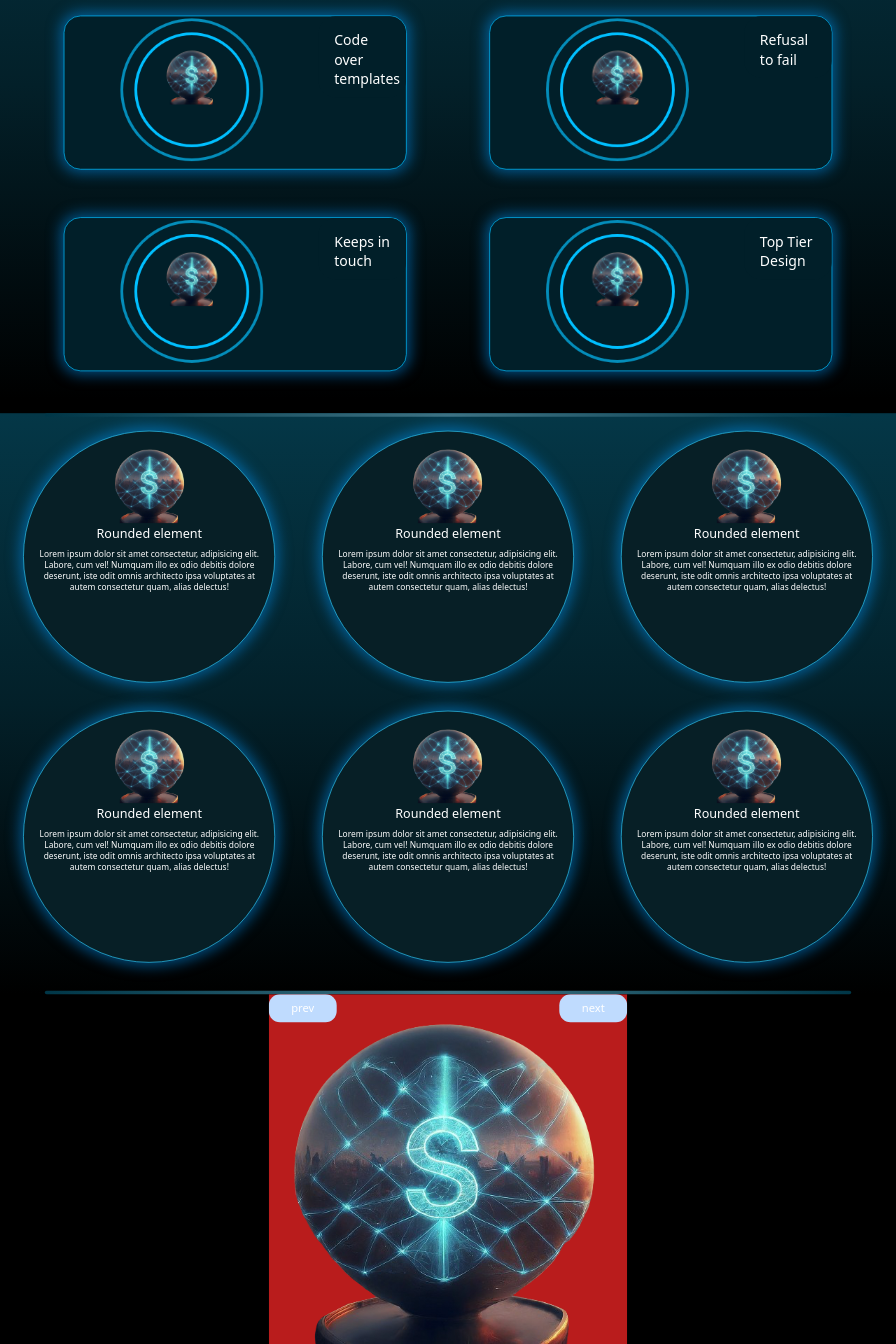
Repository: TMuse333/q3-desings2
Page: /
An editor plug-in stored every save of this project. The page is shown before and after a run of saves, followed by the edit.
The browser window is 1280 px wide. The pictures show the part of the page from y = 1046 to 2966 px (the page is 2966 px tall), at 70% of full size.
The project was rebuilt for these pictures with package versions that can differ from the ones it lists, and the page was loaded fresh each time. Also part of the build but not shown: vite.config.ts.

Above is the page before, as saved 2024-05-11 13:43:19.

### src/main.tsx
import React from 'react'
import ReactDOM from 'react-dom/client'
import App from './App.js'
import './index.css'
import {ContextProvider} from './context/context'

ReactDOM.createRoot(document.getElementById('root')!).render(
  <ContextProvider>
  <React.StrictMode>
    <App />
  </React.StrictMode>
  </ContextProvider>,
)

### src/App.tsx


import './App.css'

import Homepage from './components/homepage/homepage'

function App() {


  return (
    <>
<Homepage/>
    </>
  )
}

export default App

### src/index.css
@tailwind base;
@tailwind components;
@tailwind utilities;

#root{
    background-color: black;
    height:100vh;
}

body{
    background-color: black;
}

button{
    padding:0.5rem 2rem;
    background-color: black;
    color:white;
    border-radius: 1rem;
}

h1{
    color:white;
    font-size: 2rem;
}

p{
    color:white;
    /* font-size: 1.5rem; */
}

button{
    background-color: #00769e;
}

.glow {
    box-shadow: 0 0 20px 5px #3e7384;
    box-shadow: 0 0 20px 5px #003647;
box-shadow: 0 0 20px 5px rgba(2, 148, 245, 0.5);
}

.glow:hover{
    box-shadow: 0 0 40px 5px rgba(2, 148, 245, 0.5);
}

### src/context/context.tsx
import React, { createContext, useState, useContext, ReactNode, useEffect } from 'react';

// Define the type for the context value
interface GeneralContextType {
  textYPosition: number;
  setTextYPosition: React.Dispatch<React.SetStateAction<number>>;
  isMobile: boolean;
  setIsMobile: React.Dispatch<React.SetStateAction<boolean>>;
  setSecondCircleComplete:React.Dispatch<React.SetStateAction<boolean[]>>;
  secondCircleComplete: boolean[];
  isMobile2: boolean;
  setIsMobile2: React.Dispatch<React.SetStateAction<boolean>>;
  handleCircleComplete: (index: number, value: boolean) => void;
}

// Create the context
export const GeneralContext = createContext<GeneralContextType | undefined>(undefined);

// Create a provider component
export const ContextProvider: React.FC<{ children: ReactNode }> = ({ children }) => {
  // Initialize the value state
  const [textYPosition, setTextYPosition] = useState<number>(0);

  // Detect mobile devices
  const [isMobile, setIsMobile] = useState<boolean>(window.innerWidth <= 655);

  const [isMobile2, setIsMobile2] = useState<boolean>(window.innerWidth <= 655);

  const [secondCircleComplete, setSecondCircleComplete] = useState<boolean[]>(
    Array.from({ length: 7 }, () => false)
  );

  const handleCircleComplete = (index: number, value: boolean) => {
    setSecondCircleComplete((prev) => {
      const newState = [...prev]; // Create a copy of the previous state array
      newState[index] = value; // Update the value at the specified index
      return newState; // Return the new state array
    });
  };



  useEffect(() => {
    const handleScroll = () => {
      setIsMobile(window.innerWidth <= 655);
    };
    window.addEventListener('scroll', handleScroll);
    handleScroll();

    return () => {
      window.removeEventListener('scroll', handleScroll);
    };
  }, []);

  useEffect(() => {
    const handleScroll = () => {
      setIsMobile2(window.innerWidth <= 400);
    };
    window.addEventListener('scroll', handleScroll);
    handleScroll();

    return () => {
      window.removeEventListener('scroll', handleScroll);
    };
  }, []);

  useEffect(() => {
    console.log('is mobile', isMobile);
  }, [isMobile]);

  const contextValue = {
    textYPosition,
    setTextYPosition,
    isMobile,
    setIsMobile,
    secondCircleComplete,
    setSecondCircleComplete,
    isMobile2,
    setIsMobile2,
    handleCircleComplete
  };

  return <GeneralContext.Provider value={contextValue}>{children}</GeneralContext.Provider>;
};

export const useGeneralContext = (): GeneralContextType => {
  const context = useContext(GeneralContext);
  if (!context) {
    throw new Error('useGeneralContext must be used within a ContextProvider');
  }
  return context;
};

### src/App.css
#root {
  max-width: 1280px;
  margin: 0 auto;
  padding: 2rem;
  text-align: center;
}

.logo {
  height: 6em;
  padding: 1.5em;
  will-change: filter;
  transition: filter 300ms;
}
.logo:hover {
  filter: drop-shadow(0 0 2em #646cffaa);
}
.logo.react:hover {
  filter: drop-shadow(0 0 2em #61dafbaa);
}

.h1{
  color:red;
}

@keyframes logo-spin {
  from {
    transform: rotate(0deg);
  }
  to {
    transform: rotate(360deg);
  }
}

@media (prefers-reduced-motion: no-preference) {
  a:nth-of-type(2) .logo {
    animation: logo-spin infinite 20s linear;
  }
}

.card {
  padding: 2em;
}

.read-the-docs {
  color: #888;
}

### src/components/homepage/homepage.tsx
import React from "react";
import { CircleInfoGraphic } from "../circleInfographic/circleInfoGraphic";
import Content from "../content/content";
import q3 from '../../media/q3-visuals-logo-2.png'
import TextFormat from "../textFormat/textFormat";

// import { TextParallaxContentExample } from "../parallaxText/parallaxText";
import MultiLayerParallax from "../mountainParallax/mountainParallax";
import ParticlesComponent from "../particles/particles";
import nobgLaptop from '../../media/Gemini_Generated_Image_r055a1r055a1r055-removebg-preview.png'
import moneyBall from '../../media/futuristic-money-ball-removebg-preview.png'
import { description1 } from "../../data/data";
import AlternatingText from "../alternatingText/alternatingText";

import CircleList from "../circleListElement/circleList";
import Carousel from "../carousel/carousel";


const Homepage: React.FC = () => {

    const images = [
        moneyBall,
        nobgLaptop,
        q3
    ]


    // useEffect(() => {
    //     const loadTime = window.performance.timing.loadEventEnd - window.performance.timing.navigationStart;
    //     console.log('Page load time:', loadTime, 'milliseconds');
    // }, []);



    return (
        <section className="absolute top-0 left-0 w-screen">


            {/* <ParticlesComponent/> */}
            <MultiLayerParallax/>

            {/* <TextParallaxContentExample/> */}

            {/* <Content
            mainTitle='Your digital presence is important'
            image={nobgLaptop}
            customText={null}
            reverse={true}
            description={description1}
            floatingImage={true}
            hasAnimation={true}
            />

            <AlternatingText/>

            <Content
            mainTitle='Benefits of a website'
            image={moneyBall}
            customText={<TextFormat
            isAnimated={true}
            reverse={false}/>}
            reverse={false}
            description={null}
            floatingImage={true}
            hasAnimation={true}

            /> */}



<div className="relative bg-gradient-to-b from-[#043747] via-[#032029] to-transparent w-screen">
<CircleList/>
</div>

<div className="relative bg-gradient-to-b from-[#043747] via-[#032029] to-transparent w-screen">

<CircleInfoGraphic/>
</div>

<div className="max-w-lg mr-auto ml-auto">
<Carousel images={images}

/>
</div>



        </section>
    )
}


export default Homepage

### src/components/circleInfographic/circleInfoGraphic.tsx
import React, {useState,useRef } from "react";
import ball from '../../media/futuristic-money-ball-removebg-preview.png'
import { motion,Variants} from 'framer-motion'
import useIntersectionObserver from "../intersectionObserver/intersectionObserver";
interface CircleProps {
    image:string
}

const CircleElement: React.FC<CircleProps> = ({image}) => {

    const [inView, setInView] = useState<boolean>(false)

    const options = {
        root: null,
        rootMargin: '-25px',
        threshold: 1,
    };

    // Apply intersection observer hook to detect when the component is in view
    const componentRef = useIntersectionObserver(setInView, options);

    const circleVariants:Variants =  {
        initial:{
            opacity:0,
            y:-60
        },
        animate:{
            opacity:1,
            y:0
        }
    }

    return (
        <motion.section
        ref={componentRef}
        variants={circleVariants}
        initial='initial'
        animate={inView ? 'animate' : 'initial'}
         className={`mt-5 mb-5
        rounded-full bg-[#071f26] hover:bg-[#0e3a47]
        mr-auto ml-auto transition-all
        h-[95vw] w-[95vw] border border-[#2dc0eb]
        flex flex-col  shadow-xl max-w-[360px]
        max-h-[360px]
        sm:w-[48vw] sm:h-[48vw]
        lg:w-[32vw] lg:h-[32vw]
        ${inView ? 'glow' : ''}`}>

            <div className="mt-4">
            <img className="w-[35vw]
            max-w-[115px] max-h-[115px] h-[35vw]
            sm:w-[10vw] sm:h-[10vw] object-cover
            mr-auto ml-auto"
            src={image}
            />
            <h1 className="text-3xl sm:text-lm lg:text-lg ">Rounded element</h1>
            <p className=" ml-auto mr-auto text-sm sm:text-xs pr-5 pl-5 pt-2">Lorem ipsum dolor sit amet consectetur, adipisicing elit. Labore, cum vel! Numquam illo ex odio debitis dolore deserunt, iste odit omnis architecto ipsa voluptates at autem consectetur quam, alias delectus!</p>
            </div>
        </motion.section>
    )
}


export const CircleInfoGraphic = () => {

    return (
        <>
          <div className="mt-5
        w-[90vw] h-[5px]
         bg-gradient-to-r from-[#003647] via-[#3e7384] to-[#003647]
        ml-auto mr-auto rounded-[200rem]
        ">

       </div>
        <section className={`flex
         justify-center flex-col items-center
          sm:grid sm:grid-cols-2 lg:grid-cols-3
           gap-4 lg:gap-0 w-screen max-w-[1500px]  ml-auto mr-auto
          `}>
            <CircleElement
            image={ball}/>
             <CircleElement
            image={ball}/>
                  <CircleElement
            image={ball}/>
             <CircleElement
            image={ball}/>
             <CircleElement
            image={ball}/>
                  <CircleElement
            image={ball}/>
        </section>
        <div className="mt-5
        w-[90vw] h-[5px]
         bg-gradient-to-r from-[#003647] via-[#3e7384] to-[#003647]
        ml-auto mr-auto rounded-[200rem]">

       </div>
       </>
    )
}

### src/components/mountainParallax/mountainParallax.tsx
import  { useRef } from "react";
import bottom from '../../media/bottom-mountain.png'

import full from '../../media/no-bg-mountain.png'
import q3 from '../../media/q3-words.png'
import { motion, useScroll, useTransform } from 'framer-motion'

export default function MultiLayerParallax() {
    const ref = useRef(null);
    const { scrollYProgress } = useScroll({
      target: ref,
      offset: ["start start", "end start"],
    });
    const backgroundY = useTransform(scrollYProgress, [0, 1], ["0%", "100%"]);
    const textY = useTransform(scrollYProgress, [0, 1], ["-20%", "200%"]);

    return (
      <div
        ref={ref}
        className="w-full h-screen overflow-hidden relative grid place-items-center"
      >
       {/* <motion.div className="z-10 relative"
         style={{ y: textY }}> */}
        <motion.img
style={{
    y:textY
}}
        src={q3}
          className="relative z-10 b"
        />
        {/* <motion.h1 className="relative z-10"
        style={{
            y:textY
        }}>
            slatry
        </motion.h1> */}


        <motion.p style={{
             y:textY
        }}
         className="text-white text-2xl relative z-10  mt-[-30rem] sm:-mt-[40rem]">Elevating Brands with discipline and creativity
         </motion.p>
         {/* </motion.div> */}


        <motion.div
          className="absolute inset-0 z-0"
          style={{
            backgroundImage: `url(${full})`,
            backgroundPosition: "bottom",
            backgroundSize: "cover",
            y: backgroundY,
          }}
        />
        <div
          className="absolute inset-0 z-20"
          style={{
            backgroundImage: `url(${bottom})`,
            backgroundPosition: "bottom",
            backgroundSize: "cover",
          }}
        />
      </div>
    );
  }

### src/components/circleListElement/circleList.tsx
import React, {useState} from "react";
import AppearingCircle from "../circleContent/appearingCircle";
import ball from '../../media/futuristic-money-ball-removebg-preview.png'
import {motion, Variants} from 'framer-motion'
import { useGeneralContext } from "../../context/context";
import laptop from '../../media/Gemini_Generated_Image_r055a1r055a1r055-removebg-preview.png'
import useIntersectionObserver from "../intersectionObserver/intersectionObserver";

interface CircleProps {
    image:string,
    title: string,
    description:string

    index:number
secondCircleComplete: boolean,
handleCircleComplete: (index: number, value: boolean) => void;
}

const CircleListElement: React.FC<CircleProps> = ({image,title, description,
    handleCircleComplete,secondCircleComplete,index
}) => {

    const [descriptionClicked, setDescriptionClicked] = useState<boolean>(false)

    function handleDescriptionClick() {
        setDescriptionClicked(!descriptionClicked)
    }





    const { isMobile }  = useGeneralContext()

    const headerVariants: Variants = {
        initial:{
            opacity:0,
            y: isMobile ? -20 : 0,
        },
        animate:{
            opacity:1,
            y:0,
            transition:{
                delay: 0.3
            }
        }

    }




    return (
        <div className=" relative flex glow justify-center  md:h-[220px]
        h-[220px] sm:h-[auto]
        md:flex-row w-[calc(100vw-5px)]  md:w-[40vw] sm2:w-[40vw] items-center sm:items-start mb-10 md:mt-3 bg-[#011f29]
        rounded-3xl max-w-[490px] ml-auto mr-auto border border-q-blue">
<AppearingCircle
secondCircleComplete={secondCircleComplete}
handleCircleComplete={handleCircleComplete}
image={image}
index={index}


/>
<section className="relative text-left pr-0 flex flex-col bg-[#011f29] rounded-3xl
h-auto min-h-0 max-h-full   items-center z-1">
<motion.h1
onClick={handleDescriptionClick}
variants={headerVariants}
initial={'initial'}
animate={secondCircleComplete ? 'animate' : 'initial'}
 className="text-white text-xl w-[80px]  ml-auto mr-auto mt-5
 "
>{title}
 </motion.h1>

<p className={`rounded-lg text-left mt-3 pl-3 pr-3 bg-blue-600 transition-height ease-in duration-300 bg-blue-800 ${descriptionClicked ? ' h-[220px] w-[125px] overflow-scroll pt-5 border-2 border-rose-500' : 'h-0 w-[125px]  overflow-hidden pt-0'}`}>
  {description}
</p>
</section>

        </div>
    )
}



const CircleList: React.FC = () => {

    const {secondCircleComplete, handleCircleComplete}
    = useGeneralContext()

    return (
        <>
        <h1>We get it done</h1>
 <section className="relative
         sm2:grid sm2:grid-cols-2 gap-4 max-w-[1200px] ml-auto
         mr-auto justify-center items-center
">
            {/* <div className="-translate-x-5"> */}
            <CircleListElement
            handleCircleComplete={handleCircleComplete}
            secondCircleComplete={secondCircleComplete[0]}
        index={0}
            image={ball}
            title='Absolute Tenacity'
            description='Be a man of your word'
            />
            {/* </div> */}
            <CircleListElement
            secondCircleComplete={secondCircleComplete[1]}
            handleCircleComplete={handleCircleComplete}
            index={1}
            image={laptop}

            title='Extreme Discipline'
            description='Gym. Code. Quantum Realm. Repeat'
            />

            <CircleListElement
            secondCircleComplete={secondCircleComplete[2]}
            handleCircleComplete={handleCircleComplete}
            index={2}
            image={ball}
            title='Code over templates'
            description='We are not template using pussies we write banging code'
            />

            <CircleListElement
            secondCircleComplete={secondCircleComplete[3]}
            handleCircleComplete={handleCircleComplete}
            index={3}
            image={ball}
            title='Refusal to fail'
            description='Gym. Code. Quantum Realm. Repeat'
            />

<CircleListElement
secondCircleComplete={secondCircleComplete[4]}
handleCircleComplete={handleCircleComplete}
index={4}
            image={ball}
            title='Keeps in touch'
            description='We are not template using pussies we write banging code'
            />

            <CircleListElement
            secondCircleComplete={secondCircleComplete[5]}
            handleCircleComplete={handleCircleComplete}
            index={5}
            image={ball}
            title='Top Tier Design'
            description='Gym. Code. Quantum Realm. Repeat'
            />



        </section>
        </>
    )
}

export default CircleList

### src/components/carousel/carousel.tsx
import React, {useState} from 'react'


interface CarouselProps {
    images:string[]
}


const Carousel:React.FC<CarouselProps> = ({images}) =>{

    const [imageIndex, setImageIndex] = useState<number>(0)

    return (
        <section className='overflow-hidden relative'>

            <div className='flex bg-red-700 relative'>
                {images.map((image,index) => (
                    <img src={image}
                    key={index}
                    className='h-[500px]'
                    style={{
                        transform:`translateX(-${imageIndex * 100}%)`
                    }}
                    />
                ))}
                    <div className='absolute w-[100%]
                    flex flex-row justify-between
                    '>
                <button className='bg-blue-200'>
                    prev
                </button>
                <button className='bg-blue-200'>
                    next
                </button>
            </div>
            </div>



        </section>
    )
}

export default Carousel

### src/components/intersectionObserver/intersectionObserver.tsx
import { useEffect, useRef, Dispatch, SetStateAction } from "react";

interface IntersectionObserverOptions {
  root: Element | null;
  rootMargin?: string;
  threshold?: number | number[];
}

const useIntersectionObserver = (
  setInView: Dispatch<SetStateAction<boolean>>,
  options: IntersectionObserverOptions
) => {
  const componentRef = useRef<HTMLDivElement>(null);

  useEffect(() => {
    const observer = new IntersectionObserver(([entry]) => {
      // Update the state based on whether the component is in view
      if (entry.isIntersecting) {
        setInView(true);
        observer.disconnect();
      }
    }, options);

    if (componentRef.current) {
      observer.observe(componentRef.current);
    }

    return () => {
      if (componentRef.current) {
        observer.unobserve(componentRef.current);
      }
    };
  }, [setInView, options]);

  return componentRef;
};

export default useIntersectionObserver;

Loaded but not shown: index.html (common file); tailwind.config.js (21 lines, source omitted); src/components/circleContent/appearingCircle.tsx (297 lines, source omitted)

After the next 2 saves:
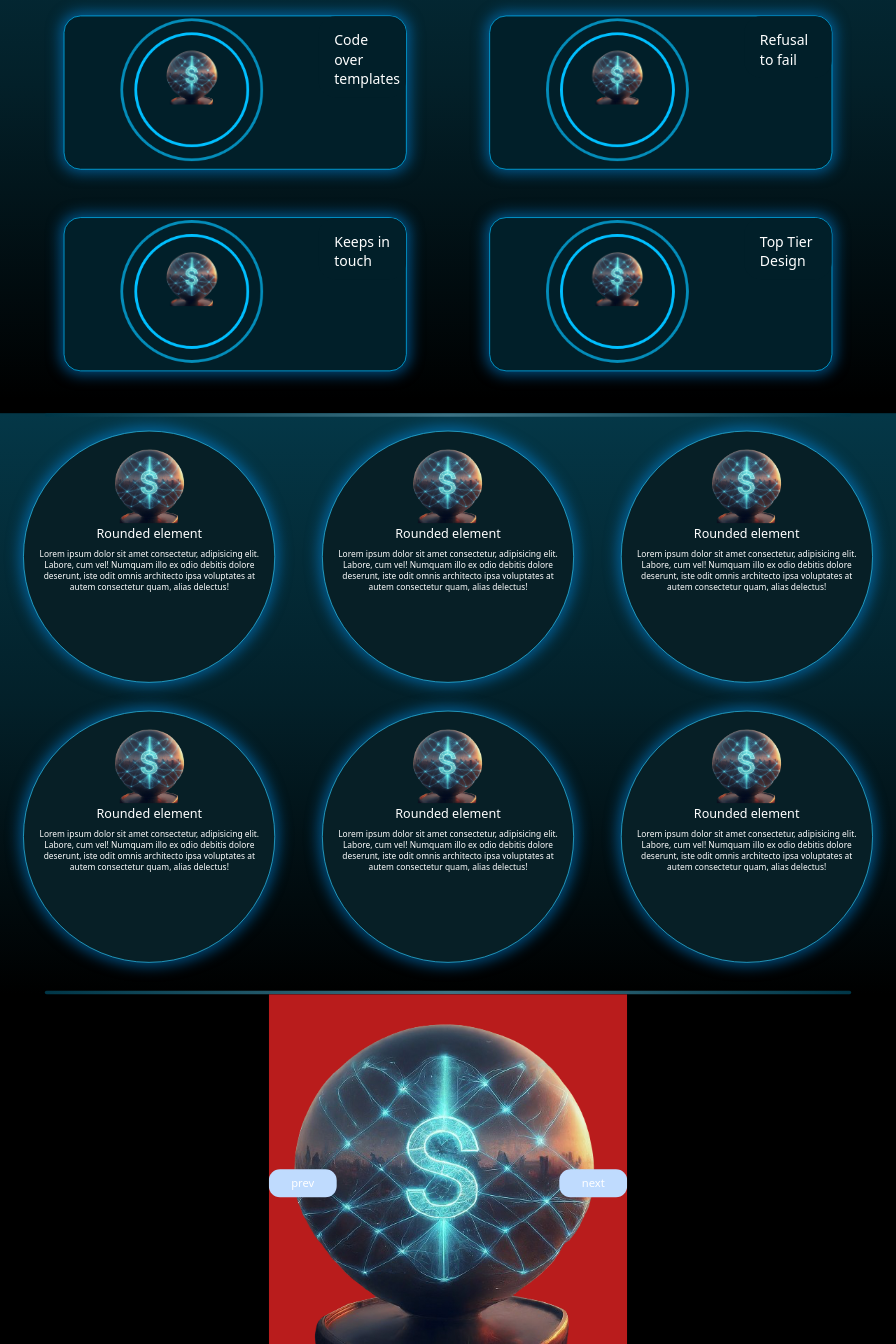
The 2 saves are shown as one change because they came seconds apart.
The last was saved 9 s later.
--- a/src/components/carousel/carousel.tsx
+++ b/src/components/carousel/carousel.tsx
@@ -25,7 +25,7 @@ const Carousel:React.FC<CarouselProps> = ({images}) =>{
                 ))}
                     <div className='absolute w-[100%]
                     flex flex-row justify-between
-                    '>
+                    top-[50%]'>
                 <button className='bg-blue-200'>
                     prev
                 </button>
